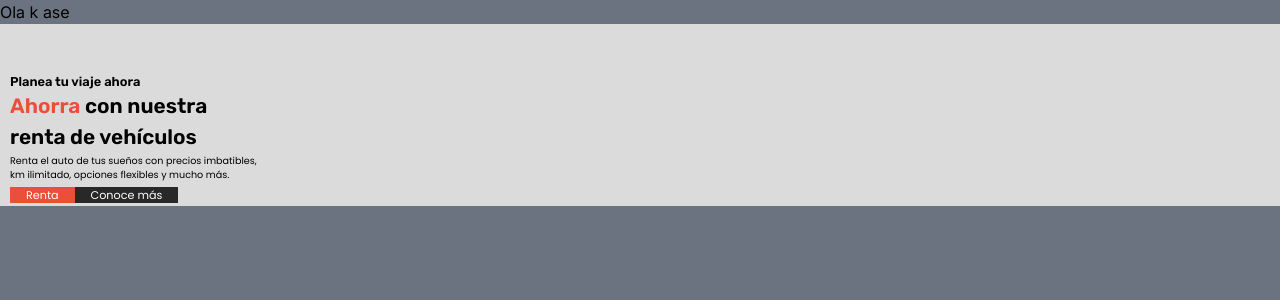
Repository: aldovelacasas/PF_RentCar2
Page: /homePage
These files come from the project's save history. The page is drawn as it stood at one moment and after the next save; the edit follows.
The browser window is 1280 px wide. The pictures show the whole page.
The project was rebuilt for these pictures with package versions that can differ from the ones it lists, and the page was loaded fresh each time. The framework's server and built-in components were replaced by stand-ins that run in the browser. Also part of the build but not shown: next.config.js.

Above is the page before, as saved 2023-08-29 19:14:05.

### src/app/layout.jsx
import "./globals.css";
import { Inter } from "next/font/google";

const inter = Inter({ subsets: ["latin"] });

export const metadata = {
  title: "Create Next App",
  description: "Generated by create next app",
};

export default function RootLayout({ children }) {
  return (
    <html lang="en">
      <body className={inter.className}>
        <h1>Ola k ase</h1>
        <div className="h-[calc(100vh-5rem)]">{children}</div>
      </body>
    </html>
  );
}

### src/app/homePage/page.jsx
import { Rubik, Poppins } from "next/font/google";

const fontRubik = Rubik({
  weight: "600",
  subsets: ["latin"],
});

const fontPoppins = Poppins({
  weight: "400",
  subsets: ["latin"],
});
const poppins = fontPoppins.className;
const rubik = fontRubik.className;

function HomePage() {
  return (
    <div className={`bg-gris_fondo ${rubik} space-y-0 space-x-2.5`}>
      <p className={`pt-12 ml-2.5 text-[0.8em]`}>Planea tu viaje ahora</p>
      <p className="text-[1.3em] mb-0 pb-0">
        <span className="text-naranja_enf mb-0 pb-0">Ahorra </span>
        con nuestra
      </p>
      <p className="text-[1.3em] mt-0 pt-0">renta de vehículos</p>
      <div>
        <p className={`${poppins} text-[0.6em]`}>
          Renta el auto de tus sueños con precios imbatibles,
        </p>
        <p className={`${poppins} text-[0.6em]`}>
          km ilimitado, opciones flexibles y mucho más.
        </p>
        <div>
          <a
            href="#form"
            className={`bg-naranja_enf text-white text-[0.7em] px-4 ${poppins}`}>
            Renta
          </a>
          <a
            href="#form"
            className={`bg-negro_fondo text-white text-[0.7em] px-4 ${poppins}`}>
            Conoce más
          </a>
        </div>
      </div>
    </div>
  );
}

export default HomePage;

### src/app/api/products/[id]/route.js
import { NextResponse } from "next/server";
import {conn} from "@/libs/mysql"

export async function GET(request,{params}){
  try {
    const result = await conn.query("SELECT * FROM product WHERE id = ?", [params.id])
    if(result.length === 0 ){
        return NextResponse.json(
         {
            message: "producto no encontrado",
         },
         {
            status:404,
         }
        );
    }
    return NextResponse.json(result[0])
  } catch (error) {
    return NextResponse.json(
        {
            message:error.message,
        },
        {status: 500}
    )
  }
}

export async function DELETE (request,{params} ){
    try {
     const result = await conn.query("DELETE FROM product WHERE id = ?", [params.id]);
     if(result.affectedRows === 0){
         return NextResponse.json({message:"Producto no encontrado"},{status:404})
     }

     return new Response (null, {status: 204})
 } catch (error) {
     return NextResponse.json({message:error.message},{status:500})
 }
    }

export async  function PUT(request, {params}){
   try {
    const data = await request.json()
    const result = await conn.query("UPDATE product SET ? WHERE id = ?", [data , params.id])

    if (result.affectedRows === 0) {
        return NextResponse.json(
        {
            message: "producto no encontrado",
        },
        {
            status: 400,
        }
        )
    }
     const updateProduct = await conn.query("SELECT * FROM product WHERE id = ?", [params.id])

  return NextResponse.json(updateProduct[0])

   } catch (error) {
    return NextResponse.json(
        {
            message: error.message,
        },
        { status: 500}
    )
   }
}

### src/app/api/products/route.js
import { NextResponse } from "next/server";
import {conn} from "@/libs/mysql";

export async function GET(){
    try {
        const results = await conn.query("SELECT * FROM product");
        return NextResponse.json(results)

    } catch (error) {
        return NextResponse.json(
        {
          message: error.message,
        },
        {
            status:500,
        }

        );
    }
}

    export async function POST (request) {
  try {
    const {name, price, year, model, capacity, type, description, image, transmission,  }= await request.json();

    const result  = await conn.query("INSERT INTO product SET ?", {
        name,
        price,
        year,
        model,
        capacity,
        type,
        transmission,
        image,
        description

    })

    return NextResponse.json({
        name,
        price,
        year,
        model,
        capacity,
        type,
        transmission,
        image,
        description,
        id: result.insertId,

    })

  } catch (error) {
    console.log(error);
    return NextResponse.json(
    {
        message: error.message,
    },
    {
        status:500,
    }
    );
  }

}

### src/app/globals.css
@tailwind base;
@tailwind components;
@tailwind utilities;

body {
   @apply bg-gray-500; /* Fondo más claro */
   color: gray-800; /* Texto oscuro */
}

### tailwind.config.js
/** @type {import('tailwindcss').Config} */
module.exports = {
  content: [
    "./src/pages/**/*.{js,ts,jsx,tsx,mdx}",
    "./src/components/**/*.{js,ts,jsx,tsx,mdx}",
    "./src/app/**/*.{js,ts,jsx,tsx,mdx}",
  ],
  theme: {
    extend: {
      backgroundImage: {
        "gradient-radial": "radial-gradient(var(--tw-gradient-stops))",
        "gradient-conic":
          "conic-gradient(from 180deg at 50% 50%, var(--tw-gradient-stops))",
      },
      colors: {
        gris_fondo: "#dbdbdb",
        gris_frente: "#e9e9e9",
        negro_fondo: "#282828",
        naranja_enf: "#ea4f39",
        rojo_status: "#e30613",
        verde_status: "#4aaf4d",
        amarillo_status: "#f0e400",
      },
    },
  },
  plugins: [],
};

Loaded but not shown: src/app/api/bookings/[id]/route.js (no copy from this time; the picture is the same without it); src/app/api/bookings/route.js (no copy from this time; the picture is the same without it); src/app/api/create-payment-intent/route.js (no copy from this time; the picture is the same without it); src/app/api/post/[id]/route.js (no copy from this time; the picture is the same without it); src/app/api/post/route.js (no copy from this time; the picture is the same without it); src/app/api/users/[id]/route.js (no copy from this time; the picture is the same without it); src/app/api/users/route.js (no copy from this time; the picture is the same without it)

After the next save:
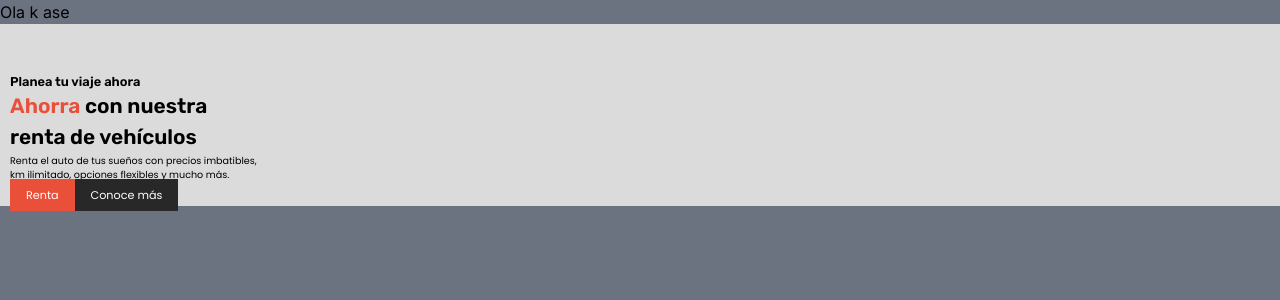
Saved 16 s later.
--- a/src/app/homePage/page.jsx
+++ b/src/app/homePage/page.jsx
@@ -31,12 +31,12 @@ function HomePage() {
         <div>
           <a
             href="#form"
-            className={`bg-naranja_enf text-white text-[0.7em] px-4 ${poppins}`}>
+            className={`bg-naranja_enf text-white text-[0.7em] px-4 py-2 ${poppins}`}>
             Renta
           </a>
           <a
             href="#form"
-            className={`bg-negro_fondo text-white text-[0.7em] px-4 ${poppins}`}>
+            className={`bg-negro_fondo text-white text-[0.7em] px-4 py-2 ${poppins}`}>
             Conoce más
           </a>
         </div>
